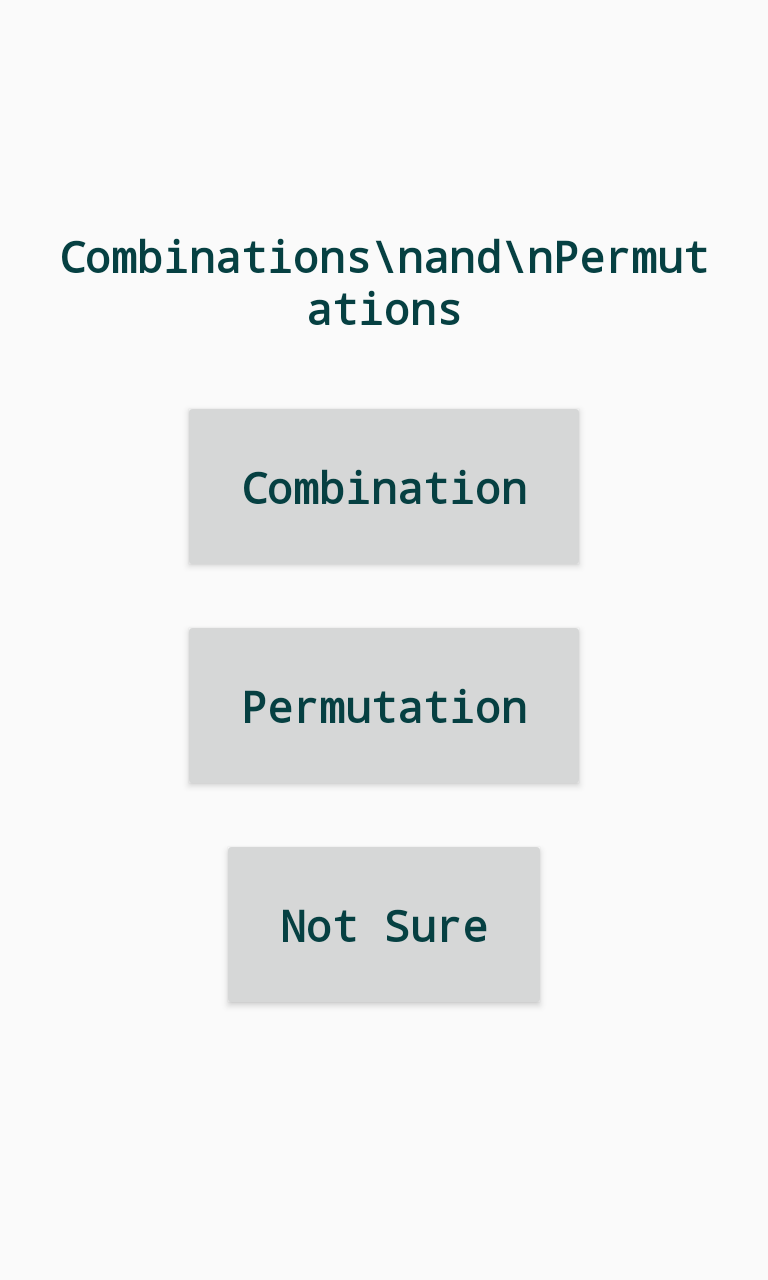
Repository: rontejada1991/Combinations-and-Permutations-Android-App
Layout: combinations/res/layout/activity_main.xml
An editor plug-in stored every save of this project. The layout is shown before and after the next save, followed by the edit.
It is drawn on a 768 x 1280 px phone screen (xhdpi) without system bars, with theme AppTheme; the app's code is not run.

Above is the layout before, as saved 2014-11-07 20:05:40.

### combinations/res/layout/activity_main.xml
<LinearLayout xmlns:android="http://schemas.android.com/apk/res/android"
    xmlns:tools="http://schemas.android.com/tools"
    android:layout_width="match_parent"
    android:layout_height="match_parent"
	android:orientation="vertical"
	android:gravity="center"
	android:padding="25dp"
    tools:context="com.silvercloudgames.combinations.MainActivity" >

    <TextView
        android:id="@+id/tv_title"
        style="@style/CodeFont"
        android:layout_width="fill_parent"
        android:text="Combinations\nand\nPermutations"
        android:layout_marginBottom="30dp" />

    <Button
        android:id="@+id/b_begin"
        style="@style/CodeFont"
        android:text="Combination"
        android:padding="30dp"
        android:layout_marginBottom="20dp"
        android:onClick="onBeginPressed" />

    <Button
        android:id="@+id/b_begin"
        style="@style/CodeFont"
        android:text="Permutation"
        android:padding="30dp"
        android:layout_marginBottom="20dp"
        android:onClick="onBeginPressed" />

     <Button
        android:id="@+id/b_begin"
        style="@style/CodeFont"
        android:text="Not Sure"
        android:padding="30dp"
        android:layout_marginBottom="20dp"
        android:onClick="onBeginPressed" />


</LinearLayout>

### combinations/res/values/code_font.xml
<?xml version="1.0" encoding="utf-8"?>
<resources xmlns:android="http://schemas.android.com/apk/res/android">

    <style name="CodeFont">
        <item name="android:layout_width">wrap_content</item>
        <item name="android:layout_height">wrap_content</item>
        <item name="android:textColor">#064042</item>
        <item name="android:textStyle">bold</item>
        <item name="android:typeface">monospace</item>
        <item name="android:gravity">center</item>
        <item name="android:textAppearance">@android:style/TextAppearance.Large</item>
    </style>

    <style name="CodeFont.Med">
        <item name="android:textAppearance">@android:style/TextAppearance.Medium</item>
    </style>

    <style name="CodeFont.Italic">
        <item name="android:textStyle">italic</item>
    </style>

</resources>

Loaded but not shown: combinations/res/values/styles.xml (common file); combinations/res/values-v11/styles.xml (common file); combinations/res/values-v14/styles.xml (common file)

After the next save:
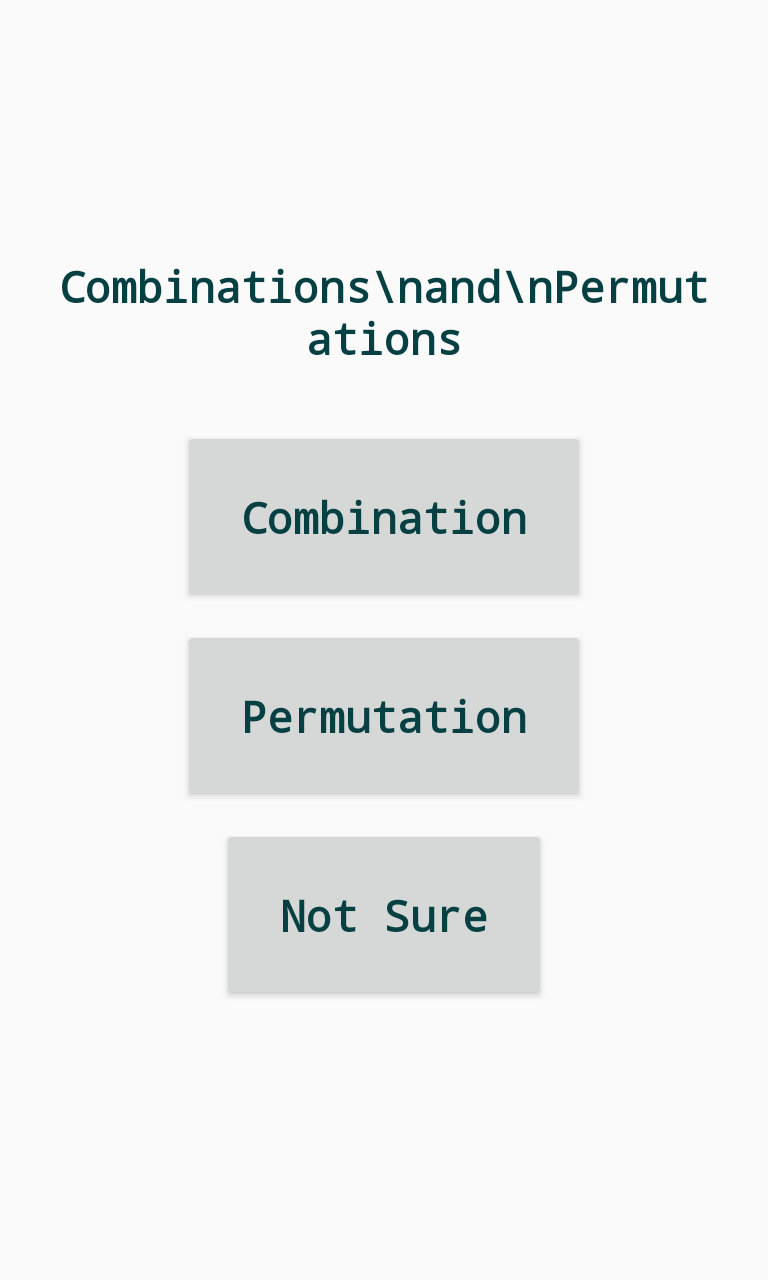
Saved 11 s later.
--- a/combinations/res/layout/activity_main.xml
+++ b/combinations/res/layout/activity_main.xml
@@ -19,7 +19,7 @@
         style="@style/CodeFont"
         android:text="Combination"
         android:padding="30dp"
-        android:layout_marginBottom="20dp"
+        android:layout_marginBottom="10dp"
         android:onClick="onBeginPressed" />
 
     <Button
@@ -27,7 +27,7 @@
         style="@style/CodeFont"
         android:text="Permutation"
         android:padding="30dp"
-        android:layout_marginBottom="20dp"
+        android:layout_marginBottom="10dp"
         android:onClick="onBeginPressed" />
 
      <Button
@@ -35,7 +35,7 @@
         style="@style/CodeFont"
         android:text="Not Sure"
         android:padding="30dp"
-        android:layout_marginBottom="20dp"
+        android:layout_marginBottom="10dp"
         android:onClick="onBeginPressed" />
 
 
